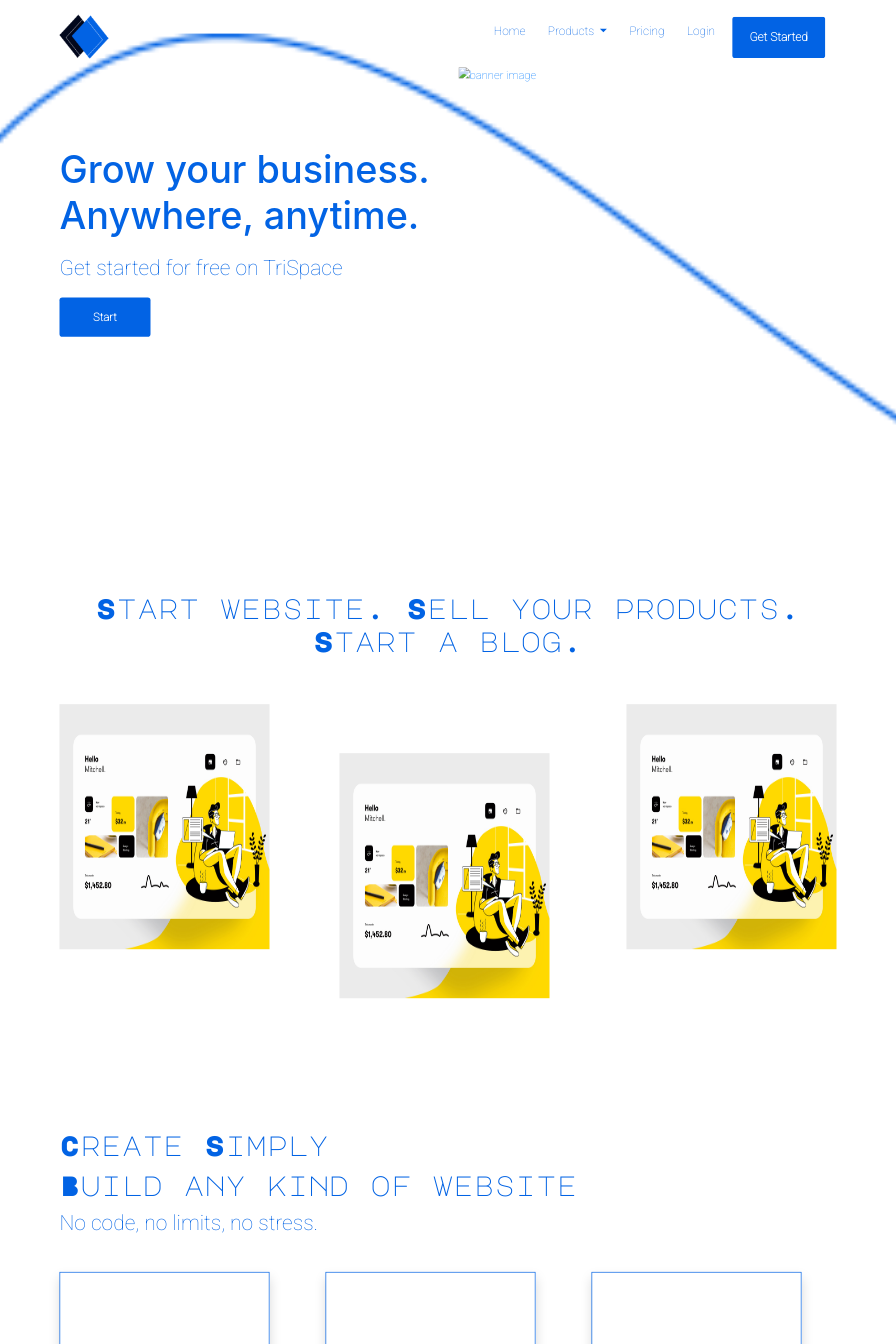
Repository: latenightsnacc/TriSpace
Page: HTML/index.html
These files come from the project's save history. The page is drawn as it stood at one moment and after the next save; the edit follows.
The browser window is 1280 px wide. The pictures show the part of the page from y = 0 to 1920 px (the page is 5158 px tall), at 70% of full size.
The style sheet was rebuilt from its Sass, Less or Tailwind sources for each picture, by a compiler version that may differ from the author's.

Above is the page before, as saved 2020-11-12 11:22:18.

### HTML/index.html
<!DOCTYPE html>
<html lang="en">
<head>
    <meta charset="UTF-8">
    <meta name="viewport" content="width=device-width, initial-scale=1.0">
    <!--Tailwind CDN-->
    <link rel="stylesheet" href="https://cdnjs.cloudflare.com/ajax/libs/tailwindcss/1.9.6/base.min.css" integrity="sha512-hEjkvMSM0ql6VJcNK0gTmjt9ar8F2yHeBUbJKtyvQhkkbGMhiJ4+MaiB8XxsthLAHJx5vy2I9dN0un8HiWG2LA==" crossorigin="anonymous" />
    <link rel="stylesheet" href="https://cdnjs.cloudflare.com/ajax/libs/tailwindcss/1.9.6/components.min.css" integrity="sha512-TizAONqhvXjEfRPhptSUkZNVU497PzAnXNGNUoeOjeni4dHpJ+ak+ZsyoGna20LH/yg1PvdufN1VbnVQeVDftg==" crossorigin="anonymous" />
    <link rel="stylesheet" href="https://cdnjs.cloudflare.com/ajax/libs/tailwindcss/1.9.6/tailwind.css" integrity="sha512-HY1FOTeAX9idUBWDhVDrBg8QUHBisKVQ4BCVj1jFo5z76mk87w4Rr5YGP8nBkcGmoMzqYvdeXHMOg/olF45z3g==" crossorigin="anonymous" />
    <link rel="stylesheet" href="https://cdnjs.cloudflare.com/ajax/libs/tailwindcss/1.9.6/utilities.min.css" integrity="sha512-0QJfuLKyYJWGB5hKArJW67xqMLDlR8YaLM/ZuW2mRn4NRwHNsGm7UuREc5Fu7jONHyewPKnGODY0N8G+FQbfxg==" crossorigin="anonymous" />
    <!--Bootstrap CDN-->
    <link rel="stylesheet" href="https://cdn.jsdelivr.net/npm/bootstrap@4.5.3/dist/css/bootstrap.min.css" integrity="sha384-TX8t27EcRE3e/ihU7zmQxVncDAy5uIKz4rEkgIXeMed4M0jlfIDPvg6uqKI2xXr2" crossorigin="anonymous">
    <!--Custom Stylesheet-->
    <link rel="stylesheet" href="styles/stylesheet.css">
    <!--Favicon-->
    <link rel="shortcut icon" href="assets/Logo/TriSpaceIcon.png" type="image/x-icon">
    <title>Home</title>
</head>
<body class="mx-auto">
    <!--PreLoader-->
    <div class="loader_bg">
        <div class="loader"></div>
    </div>
    <!--End of PreLoader-->
    <!--Navbar-->
    <nav class="navbar navbar-expand-lg navbar-light fixed-top p-3 mb-5 bg-white rounded" id="navbar">
        <div class="container align-middle">
            <a class="navbar-brand" href="#">
                <img src="assets/Logo/TriSpaceMobileLogo1.png" alt="TriSpace Logo" height="40px" width="70px"/>
            </a>
            <button class="navbar-toggler" type="button" data-toggle="collapse" data-target="#navbarNavDropdown" aria-controls="navbarNavDropdown" aria-expanded="false" aria-label="Toggle navigation">
              <span class="navbar-toggler-icon"></span>
            </button>
            <div class="collapse navbar-collapse" id="navbarNavDropdown">
              <ul class="navbar-nav nav-menu ml-auto align-middle">
                <li class="nav-item active mr-3">
                  <a class="nav-link" href="#">Home</a>
                </li>
                <li class="nav-item dropdown mr-3">
                    <a class="nav-link dropdown-toggle" href="#" id="navbarDropdownMenuLink" role="button" data-toggle="dropdown" aria-haspopup="true" aria-expanded="false">
                      Products
                    </a>
                    <div class="dropdown-menu" aria-labelledby="navbarDropdownMenuLink">
                      <a class="dropdown-item" href="#">Blog</a>
                      <a class="dropdown-item" href="#">Website</a>
                      <a class="dropdown-item" href="#">E-commerce</a>
                      <a class="dropdown-item" href="#">Domain</a>
                      <a class="dropdown-item" href="#">Hosting</a>
                    </div>
                  </li>
                <li class="nav-item mr-3">
                  <a class="nav-link" href="#">Pricing</a>
                </li>
                <li class="nav-item mr-3">
                    <a class="nav-link" href="#">Login</a>
                </li>
                <li class="nav-item mr-3">
                    <a class="nav-link btn blue text-white px-4 py-3 hover:shadow-2xl" href="#">Get Started</a>
                </li>
              </ul>
            </div>
        </div>
    </nav>


    <!-- End of Navbar-->


    <!--Banner-->
    <section class="min-h-screen  mt-5" id="banner">
        <div class="container">
            <div class="row pt-5">
                <!--Banner Text-->
                <div class="col-xs-12 col-s-12 col-md-6 col-lg-6 col-xl-6">
                    <div class="text-box banner-txt">
                        <h1 class="">Grow your business.<br/> Anywhere, anytime.</h1>
                        <h5 class="span-title py-3 text-2l">Get started for free on TriSpace</h5>
                        <button class="blue hover:bg-blue-500 text-white font-bold py-3 px-5 rounded">Start</button>
                    </div>
                </div>
                <!--Banner Image-->
                <div class="col-xs-12 col-s-12 col-md-6 col-lg-6 col-xl-6">
                    <a href="#">
                        <img class="banner-img" src="" alt="banner image"/>
                    </a>
                </div>
            </div>
        </div>
        <!--Wave-->
        <section id="wave" class="wave"></section>
        <section></section>
    </section>

     <!--Services-->
    <section class="min-h-screen mt-5 mb-5" id="services">
        <div class="container">
            <div class="absolute-box">
                <div class="title-box text-center mb-5">
                    <h2 class="section-title pb-5">Start <span class="section-title">website. </span><span class="color">Sell your products.</span><br/><span class="color">Start a blog.</span> </h2>
                </div>
                <div class="images">
                    <div class="img-1 ">
                        <a href="#">
                            <img src="assets/Template-1.jpg" alt="Build a website" />
                        </a>
                    </div>
                    <div class="img-2 motion-reduce:animate-bounce">
                        <a href="#">
                            <img src="assets/Template-1.jpg" alt="Build a website" />
                        </a>
                    </div>
                    <div class="img-3">
                        <a href="#">
                            <img src="assets/Template-1.jpg" alt="Build a website" />
                        </a>
                    </div>
                </div>
            </div>
        </div>
    </section>
    <!--End of Services-->

    <!--Templates-->
    <section class="min-h-screen mt-5 mb-5" id="templates">
        <div class="container">
            <div class="title-box mb-5">
                <h2 class="section-title">Create Simply </h2>
                <h4 class="section-title">Build any kind of website</h4>
                <p class="span-title">No code, no limits, no stress.</p>
            </div>
            <div class="row">
                <div class="col-xs-12 col-s-12 col-md-6 col-lg-4 col-xl-4">
                    <div class="clear-box"></div>
                </div>
                <div class="col-xs-12 col-s-12 col-md-6 col-lg-4 col-xl-4">
                    <div class="clear-box"></div>
                </div>
                <div class="col-xs-12 col-s-12 col-md-6 col-lg-4 col-xl-4">
                    <div class="clear-box"></div>
                </div>
                <div class="col-xs-12 col-s-12 col-md-6 col-lg-4 col-xl-4 mt-5">
                    <div class="clear-box"></div>
                </div>
                <div class="col-xs-12 col-s-12 col-md-6 col-lg-4 col-xl-4 mt-5">
                    <div class="clear-box"></div>
                </div>
                <div class="col-xs-12 col-s-12 col-md-6 col-lg-4 col-xl-4 mt-5">
                    <div class="clear-box"></div>
                </div>
            </div>
        </div>
    </section>
    <!--End of Themes-->

    <!--Themes-->
    <section class="min-h-screen mt-5 mb-5" id="themes">
        <div class="container">
            <div class="title-box">
                <h2 class="section-title">Stand Out <span class="text-4xl span-title">with our responsive professionally designed themes.</h2>
            </div>
            <div class="row">
                <div class="col-xs-12 col-s-12 col-md-6 col-lg-6 col-xl-6">
                    <div id="clr1" class="text-center mt-5">
                    </div>
                </div>
                <div class="col-xs-12 col-s-12 col-md-6 col-lg-6 col-xl-6">
                    <div class="row flex-wrap">
                        <div class="col-xs-12 col-s-12 col-md-12 col-lg-12 col-xl-12">
                            <div id="clr2" class="mt-5">

                            </div>
                        </div>
                        <div class="col-xs-12 col-s-12 col-md-12 col-lg-12 col-xl-12">
                            <div id="clr3">

                            </div>
                        </div>
                    </div>
                </div>
            </div>
        </div>
    </section>
    <!--End of Themes-->

    <section class="min-h-screen mt-5 mb-5" id="services">
        <div class="container">
            <div class="title-box mb-5">
                <h2 class="section-title">We've got you covered.</h2>
                <p>Your website is just the beginning.</p>
            </div>
            <div class="row">
                <div class="col-xs-12 col-s-12 col-md-6 col-lg-6 col-xl-6 bg-blue-500">
                    <div class="clear-box mt-5 mb-5">
                        <h3 class="text-center pt-5">Real support from real people.</h3>
                    </div>
                </div>
                <div class="col-xs-12 col-s-12 col-md-6 col-lg-6 col-xl-6 bg-yellow-500">
                    <div class="clear-box mt-5 mb-5">
                        <h3 class="text-center pt-5">Domain to suit your needs.</h3>
                    </div>
                </div>
                <div class="col-xs-12 col-s-12 col-md-6 col-lg-6 col-xl-6 bg-red-500">
                    <div class="clear-box mt-5 mb-5">
                        <h3 class="text-center pt-5">Plans for everyone</h3>
                    </div>
                </div>
                <div class="col-xs-12 col-s-12 col-md-6 col-lg-6 col-xl-6 bg-blue-300">
                    <div class="clear-box mt-5 mb-5">
                        <h3 class="text-center pt-5">Security Security Security</h3>
                    </div>
                </div>
            </div>
        </div>
    </section>
    <section class="min-h-screen mb-5 " id="pricing">
        <div class="container">
            <div class="title-box mb-5">
                <h2 class="section-title">Start Free </h2>
                <h5> Grow at your own pace.</h5>
            </div>
            <div class="row">
                <div class="col-xs-12 col-s-12 col-md-3 col-lg-3 col-xl-3">
                    <div class="max-w-sm rounded overflow-hidden shadow-lg mb-5 border-2 border-blue-400 price-card">
                        <div class="px-6 py-4">
                          <div class="font-bold text-xl mb-2">Free</div>
                          <p class="text-gray-700 text-base">
                            Lorem ipsum dolor sit amet, consectetur adipisicing elit. Voluptatibus quia, nulla! Maiores et perferendis eaque, exercitationem praesentium nihil.
                          </p>
                        </div>
                        <div class="px-6 pt-4 pb-2">
                          <span class="inline-block bg-gray-200 rounded-full px-3 py-1 text-sm font-semibold text-gray-700 mr-2 mb-2">#photography</span>
                          <span class="inline-block bg-gray-200 rounded-full px-3 py-1 text-sm font-semibold text-gray-700 mr-2 mb-2">#travel</span>
                          <span class="inline-block bg-gray-200 rounded-full px-3 py-1 text-sm font-semibold text-gray-700 mr-2 mb-2">#winter</span>
                        </div>
                      </div>
                </div>
                <div class="col-xs-12 col-s-12 col-md-3 col-lg-3 col-xl-3">
                    <div class="max-w-sm rounded overflow-hidden shadow-md mb-5 border-2 border-blue-400 price-card transition ease-out duration-700 ...">
                        <div class="px-6 py-4">
                          <div class="font-bold text-xl mb-2">The Coldest Sunset</div>
                          <p class="text-gray-700 text-base">
                            Lorem ipsum dolor sit amet, consectetur adipisicing elit. Voluptatibus quia, nulla! Maiores et perferendis eaque, exercitationem praesentium nihil.
                          </p>
                        </div>
                        <div class="px-6 pt-4 pb-2">
                          <span class="inline-block bg-gray-200 rounded-full px-3 py-1 text-sm font-semibold text-gray-700 mr-2 mb-2">#photography</span>
                          <span class="inline-block bg-gray-200 rounded-full px-3 py-1 text-sm font-semibold text-gray-700 mr-2 mb-2">#travel</span>
                          <span class="inline-block bg-gray-200 rounded-full px-3 py-1 text-sm font-semibold text-gray-700 mr-2 mb-2">#winter</span>
                        </div>
                      </div>
                </div>
                <div class="col-xs-12 col-s-12 col-md-3 col-lg-3 col-xl-3">
                    <div class="max-w-sm rounded overflow-hidden shadow-md mb-5 border-2 border-blue-400 price-card" >
                        <div class="px-6 py-4">
                          <div class="font-bold text-xl mb-2">The Coldest Sunset</div>
                          <p class="text-gray-700 text-base">
                            Lorem ipsum dolor sit amet, consectetur adipisicing elit. Voluptatibus quia, nulla! Maiores et perferendis eaque, exercitationem praesentium nihil.
                          </p>
                        </div>
                        <div class="px-6 pt-4 pb-2">
                          <span class="inline-block bg-gray-200 rounded-full px-3 py-1 text-sm font-semibold text-gray-700 mr-2 mb-2">#photography</span>
                          <span class="inline-block bg-gray-200 rounded-full px-3 py-1 text-sm font-semibold text-gray-700 mr-2 mb-2">#travel</span>
                          <span class="inline-block bg-gray-200 rounded-full px-3 py-1 text-sm font-semibold text-gray-700 mr-2 mb-2">#winter</span>
                        </div>
                      </div>
                </div>
                <div class="col-xs-12 col-s-12 col-md-3 col-lg-3 col-xl-3">
                    <div class="max-w-sm rounded overflow-hidden shadow-md price-card">
                        <div class="px-6 py-4">
                          <div class="font-bold text-xl mb-2">The Coldest Sunset</div>
                          <p class="text-gray-700 text-base">
                            Lorem ipsum dolor sit amet, consectetur adipisicing elit. Voluptatibus quia, nulla! Maiores et perferendis eaque, exercitationem praesentium nihil.
                          </p>
                        </div>
                        <div class="px-6 pt-4 pb-2">
                          <span class="inline-block bg-gray-200 rounded-full px-3 py-1 text-sm font-semibold text-gray-700 mr-2 mb-2">#photography</span>
                          <span class="inline-block bg-gray-200 rounded-full px-3 py-1 text-sm font-semibold text-gray-700 mr-2 mb-2">#travel</span>
                          <span class="inline-block bg-gray-200 rounded-full px-3 py-1 text-sm font-semibold text-gray-700 mr-2 mb-2">#winter</span>
                        </div>
                      </div>
                </div>
            </div>
        </div>
    </section>
    <!--SVG BACKGROUND-->
    <svg id="curve" data-name=" Layer 1" xmlns="https://www.w3.org/2000/svg" viewBox= "0 0 1416.99 174.01">
        <defs>
            <style>
                .cls-1{fill: #0263e4;}
            </style>
        </defs>
        <title>Wavy Background</title>
        <path class="cls-1" d="M0,280.8S283.66,59,608.94,163.56s437.93,150.57,808,10.34V309.54H0V280.8Z" transform="translate(0 -135.53)"/>
    </svg>
    <!--End of SVG-->
    <!--Footer-->

        <div class="footer wavy">
            <div class="container">
                <div class="row mx-auto">
                    <div class="col-xs-6 col-s-6 col-md-3 col-lg-3 col-xl-3">
                        <ul class="footer-menu">
                            <li>
                                <a href="#" class="text-white footer-link">Lorem</a>
                            </li>
                            <li>
                                <a href="#" class="text-white footer-link">Lorem</a>
                            </li>
                            <li>
                                <a href="#" class="text-white footer-link">Lorem</a>
                            </li>
                            <li>
                                <a href="#" class="text-white footer-link">Lorem</a>
                            </li>
                        </ul>
                    </div>
                    <div class="col-xs-6 col-s-6 col-md-3 col-lg-3 col-xl-3">
                        <ul class="footer-menu">
                            <li>
                                <a href="#" class="text-white footer-link">Lorem</a>
                            </li>
                            <li>
                                <a href="#" class="text-white footer-link">Lorem</a>
                            </li>
                            <li>
                                <a href="#" class="text-white footer-link">Lorem</a>
                            </li>
                            <li>
                                <a href="#" class="text-white footer-link">Lorem</a>
                            </li>
                        </ul>
                    </div>
                    <div class="col-xs-6 col-s-6 col-md-3 col-lg-3 col-xl-3">
                        <ul class="footer-menu">
                            <li>
                                <a href="#" class="text-white footer-link">Lorem</a>
                            </li>
                            <li>
                                <a href="#" class="text-white footer-link">Lorem</a>
                            </li>
                            <li>
                                <a href="#" class="text-white footer-link">Lorem</a>
                            </li>
                            <li>
                                <a href="#" class="text-white footer-link">Lorem</a>
                            </li>
                        </ul>
                    </div>
                    <div class="col-xs-6 col-s-6 col-md-3 col-lg-3 col-xl-3">
                        <ul class="footer-menu">
                            <li>
                                <a href="#" class="text-white footer-link">Lorem</a>
                            </li>
                            <li>
                                <a href="#" class="text-white footer-link">Lorem</a>
                            </li>
                            <li>
                                <a href="#" class="text-white footer-link">Lorem</a>
                            </li>
                            <li>
                                <a href="#" class="text-white footer-link">Lorem</a>
                            </li>
                        </ul>
                    </div>
                </div>
                <p class="text-center text-white py-3">&copy; TriSpace. Powered by TriSpace</p>
            </div>
        </div>



    <!--Bootstrap Scripts-->
    <script src="https://code.jquery.com/jquery-3.5.1.slim.min.js" integrity="sha384-DfXdz2htPH0lsSSs5nCTpuj/zy4C+OGpamoFVy38MVBnE+IbbVYUew+OrCXaRkfj" crossorigin="anonymous"></script>
    <script src="https://cdn.jsdelivr.net/npm/popper.js@1.16.1/dist/umd/popper.min.js" integrity="sha384-9/reFTGAW83EW2RDu2S0VKaIzap3H66lZH81PoYlFhbGU+6BZp6G7niu735Sk7lN" crossorigin="anonymous"></script>
    <script src="https://cdn.jsdelivr.net/npm/bootstrap@4.5.3/dist/js/bootstrap.min.js" integrity="sha384-w1Q4orYjBQndcko6MimVbzY0tgp4pWB4lZ7lr30WKz0vr/aWKhXdBNmNb5D92v7s" crossorigin="anonymous"></script>
    <script src="js/main.js"></script>
    <script>
        setTimeout(function(){
            $('.loader_bg').fadeToggle();
        }, 2500);
    </script>
</body>
</html>

### HTML/styles/stylesheet.scss
@import'variables';

*{
    box-sizing: border-box;
    margin: 0;
    padding: 0;
    text-decoration: none;
    list-style: none;
    font-family: $font3;
    button {
        outline: none;
    }
    a {
        text-decoration: none;
        &:hover {
            text-decoration: none;
        }
    }

    button {
        font-family: $font3;
    }
}

.navbar-light .navbar-nav .active>.nav-link, .navbar-light .navbar-nav .nav-link.active, .navbar-light .navbar-nav .nav-link.show, .navbar-light .navbar-nav .show>.nav-link, .nav-link, .dropdown-item {
    color: $blue !important;
    font-weight: 500;
    font-size: 17px;

    &:hover {
        text-transform: uppercase;


    }
}
a.btn {
    color: white !important;
    padding: 10px 40px;
    font-weight: bold;
    &:hover {
        text-transform: capitalize;
    }

}
section#banner {
    background: url('/HTML/assets/WavyL.png') ;
    background-size: cover;
    background-repeat: no-repeat;
    background-position: bottom;
}
.banner-txt {
    h1 {
        font-size: 54px;
        color: $blue;
        font-family: $font;
    }

}
img.banner-img {
    width: 400px;
    height: 500px;
}
.text-box {
    display: flex;
    flex-direction: column;
    height: 100%;
    justify-content: center;
    align-items: flex-start;
}
.section-title, span.color {
    font-size: 40px;
    font-family: $font2;
    color: $blue;

}
.span-title {
    font-family: $font3;
    font-size: 30px;
    color: $blue;
}
.absolute-box {
    position: relative;
    .images {
        position: absolute;
        width: 100%;
        height: 100%;

        img {
            width: 300px;
            height: 350px;
        }

        .img-1 {
            position: absolute;
            top: -30px;
            left: 0px;

        }
        .img-2 {
            position: absolute;
            top: 40px;
            left: 400px;

        }
        .img-3 {
            position: absolute;
            top: -30px;
            right: 0px;

        }
    }
}
#clr1 {
    background-color: $blue;
    width: 100%;
    height: 600px;
    border: 1px solid $blue;
    box-shadow: 0 .5rem 1rem rgba(0,0,0,.15)!important;
}
#clr2 {
    background-color: $yellow;
    width: 100%;
    height: 300px;
    border: 1px solid $yellow;
    margin-bottom: 30px;
    box-shadow: 0 .5rem 1rem rgba(0,0,0,.15)!important;
}
#clr3 {
    background-color: $red;
    width: 100%;
    height: 270px;
    border: 1px solid $red;
    box-shadow: 0 .5rem 1rem rgba(0,0,0,.15)!important;
}
.clear-box {
    width: 300px;
    height: 250px;
    border: 1px solid $blue;
    box-shadow: 0 .5rem 1rem rgba(0,0,0,.15)!important;
}

.price-card {
    border: 1px solid $blue;
    &:hover {
        border: 2px solid $blue;
        transition: all border 1000ms ease-in ;
    }
}

.wavy {
    position: relative;
    background: $blue;
    width: 100%;
    overflow: hidden;

}

#topcurve {
    position: absolute;
    bottom: 0;
    width: 100%;
}

#topcurve path {
    fill: $yellow;
}
.blue {
    background-color: $blue;
    color: $primary;
}
section.wave {
    width: 100%;
    min-height: 200px;
}
.wave {
    position: relative;
    // background: $blue;
    &::before {
        content: '';
        position: absolute;
        bottom: 0;
        left: 0;
        width: 100%;
        height: 100px;

    }

}

Loaded but not shown: HTML/js/main.js (30 lines, source omitted); HTML/styles/_variables.scss (14 lines, source omitted)

After the next save:
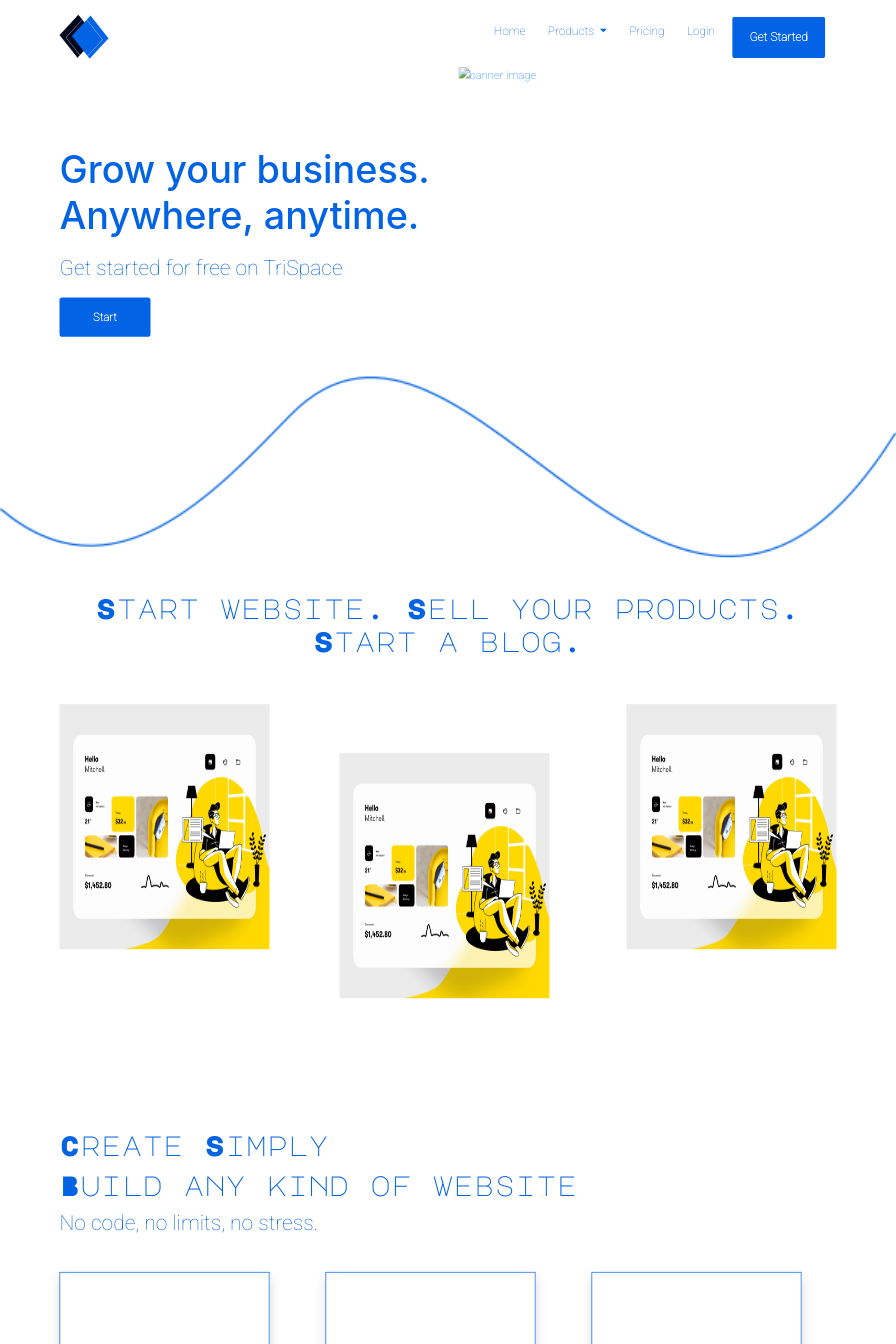
Saved 16 s later.
--- a/HTML/styles/stylesheet.scss
+++ b/HTML/styles/stylesheet.scss
@@ -44,7 +44,8 @@ a.btn {
 }
 section#banner {
     background: url('/HTML/assets/WavyL.png') ;
-    background-size: cover;
+    background-size: contain;
+    width: 100%;
     background-repeat: no-repeat;
     background-position: bottom;
 }
